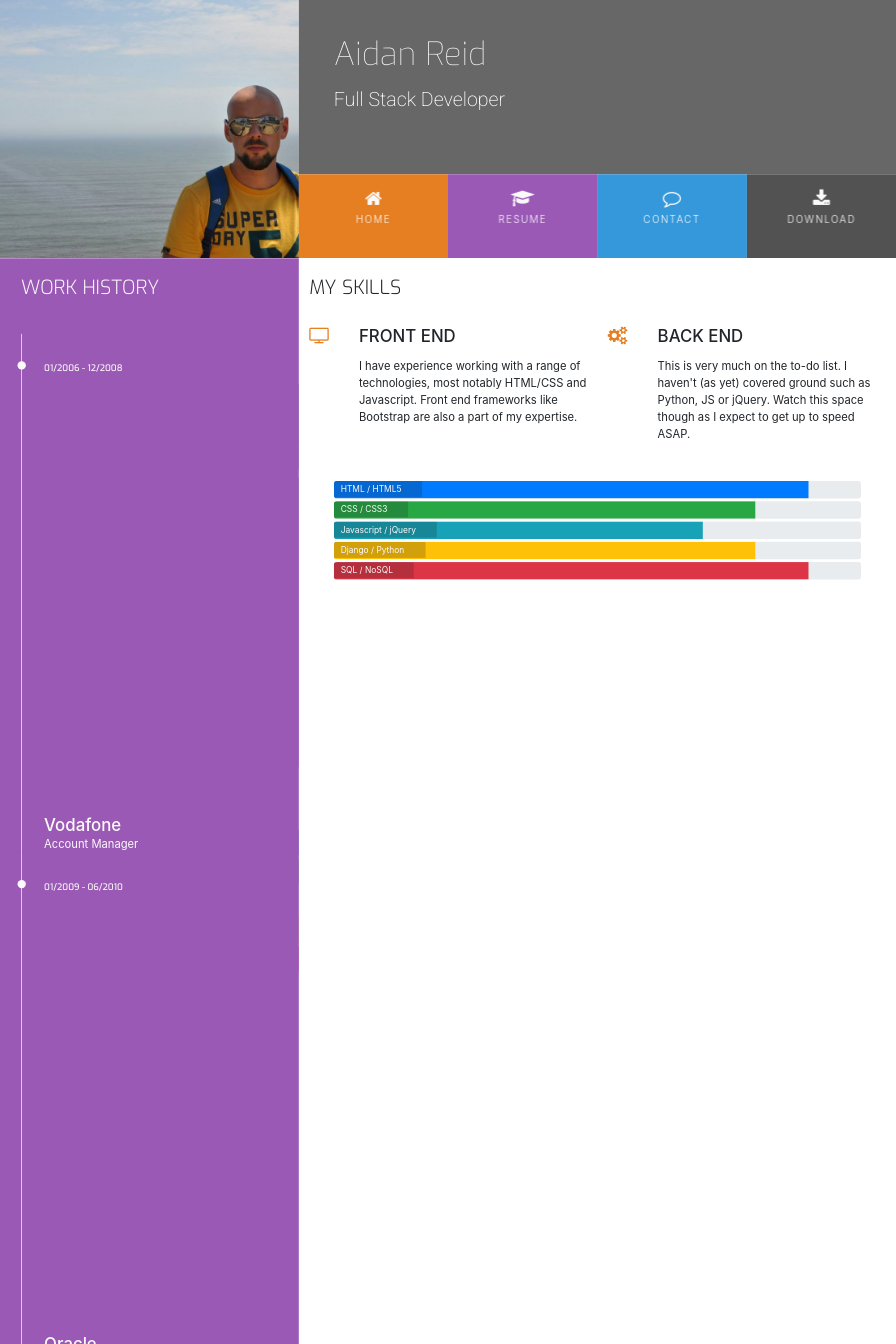
Repository: AidanJReid/Resume
Page: resume.html
The author's editor kept a record of every edit. The page is drawn from the files as they stood at one moment, then again after the next edit.
The browser window is 1280 px wide. The pictures show the part of the page from y = 0 to 1920 px (the page is 5088 px tall before and 1344 px after), at 70% of full size.

Above is the page before.

After the next edit:
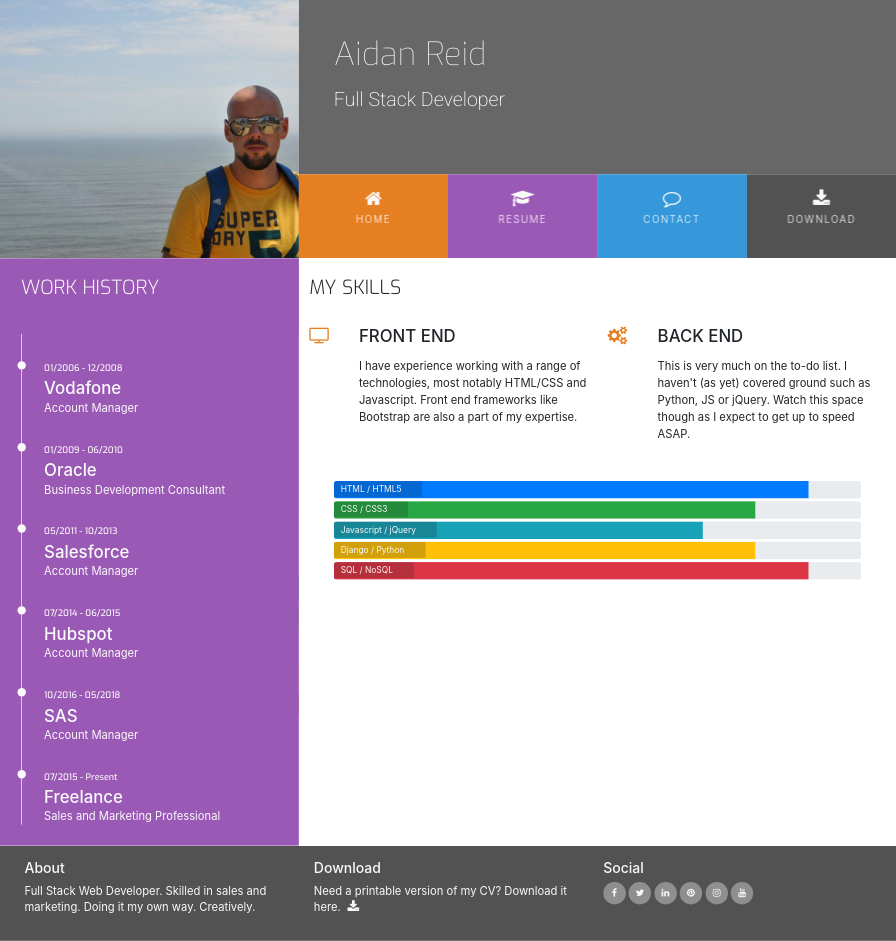
The edit:
--- a/assets/css/style.css
+++ b/assets/css/style.css
@@ -299,7 +299,7 @@
 }
 
 .timeline-item {
-    padding: 43em 2em 0em 2em;
+    padding: 4em 2em 0em 2em;
     position: relative;
     color: #fafafa;
     border-left: 1px solid;
